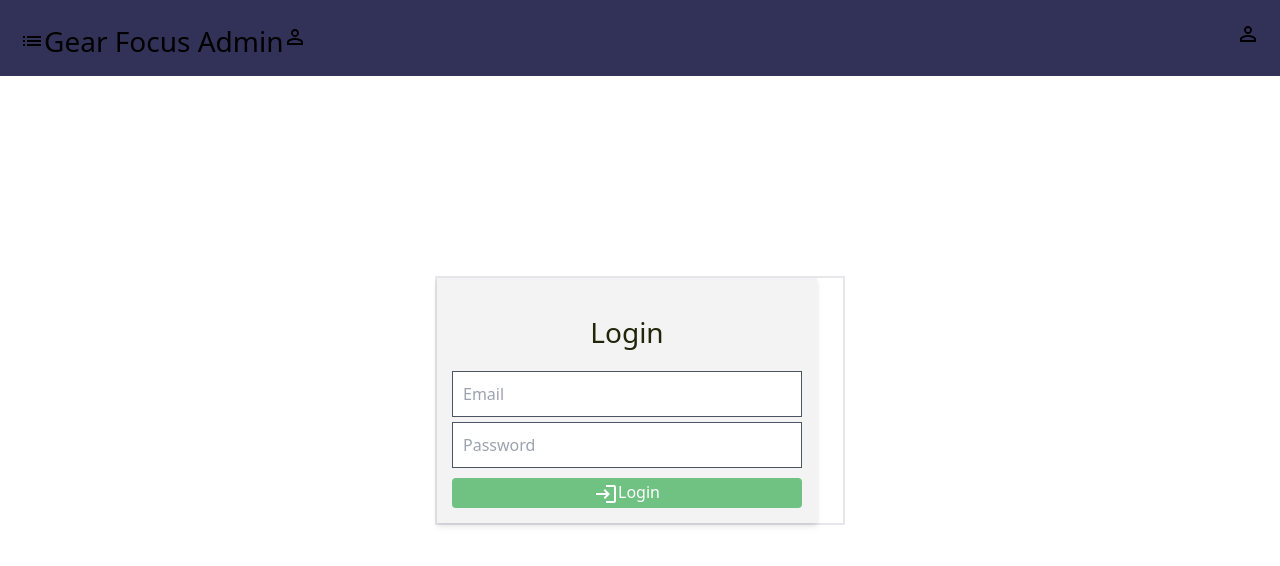
Repository: Kiendz3202/projectFinalPGS
Page: /home
These files come from the project's save history. The page is drawn as it stood at one moment and after the next save; the edit follows.
The browser window is 1280 px wide. The pictures show the whole page.
The project was rebuilt for these pictures with package versions that can differ from the ones it lists, and the page was loaded fresh each time. Also part of the build but not shown: src/App.css, src/pages/HomePage.tsx.

Above is the page before, as saved 2022-03-07 22:32:38.

### src/index.tsx
import React from 'react';
import ReactDOM from 'react-dom';
import './index.css';
import App from './App';
import { BrowserRouter} from 'react-router-dom'

ReactDOM.render(
  <BrowserRouter>
    <App />
  </BrowserRouter>,
  document.getElementById('root')
);

### src/App.tsx
import React, { Fragment } from 'react';
import logo from './logo.svg';
import './App.css';
import LoginPage from './pages/LoginPage';
import Router from './Router';
import Header from './components/header/Header';

function App() {
  return (
    <Fragment>
    <Header />
    <Router />
    </Fragment>
  );
}

export default App;

### src/Router.tsx
import React, { lazy } from 'react';
import { Route, Routes,BrowserRouter,Navigate } from 'react-router-dom';
import {ROUTES} from './config/Routes'
import ProtectedRoute from './ProtectedRoute';
import { Suspense } from 'react';


const HomePage = lazy(() => import('./pages/HomePage'));
const LoginPage = lazy(() => import('./pages/LoginPage'));

interface Props {}

const Router = (props: Props) => {

  return (
    <Suspense fallback={<div>Loading.....</div>}>
      <Routes>
        <Route path={ROUTES.login} element={<LoginPage />} />
        <Route path={ROUTES.home} element={<ProtectedRoute />} />
        <Route path="/" element={<Navigate to={ROUTES.login} />} />
      </Routes>
    </Suspense>
  );
};

export default Router

### src/components/header/Header.tsx
import React from 'react'
import ListIcon from '@mui/icons-material/List';
import NotificationsNoneIcon from '@mui/icons-material/NotificationsNone';
import PersonOutlineIcon from '@mui/icons-material/PersonOutline';

function Header() {
  return (
    <div className='w-full p-[20px] bg-[#323259]'>
        <div className='w-full flex justify-between h-[36px] '>
        <div>
            <ul className='flex'>
                <li className='text-[24px]'><ListIcon /></li>
                <li className='text-[28px]'>Gear Focus Admin</li>
                <li className='text-[20px]'><PersonOutlineIcon /></li>
            </ul>
        </div>
        <div>
            <PersonOutlineIcon />
        </div>
        </div>
    </div>
  )
}

export default Header

### src/config/Routes.tsx
export const ROUTES = {
    home:'/home',
    login:'/login'
}

### src/ProtectedRoute.tsx
import React from 'react'
import { Navigate, Route,RouteProps } from 'react-router-dom'
// import {Redirect} from 'react-router-dom'
import {ROUTES} from './config/Routes'
import HomePage from './pages/HomePage'


interface Props extends RouteProps {}

function ProtectedRoute(props: Props) {
  const {...rest} = props
  const auth = sessionStorage.getItem('statusText')
  if(auth == 'OK'){
    return <HomePage />
  }
  return (
    <Navigate to={ROUTES.login} />
  )
}

export default ProtectedRoute

// import React from 'react';
// import { Redirect, Route, RouteProps } from 'react-router-dom';
// import { ROUTES } from '../../../configs/routes';
// import Cookies from 'js-cookie';
// import { ACCESS_TOKEN_KEY } from '../../../utils/constants';
// import { RouteSharp } from '@mui/icons-material';

// interface Props extends RouteProps {}

// const ProtectedRoute = (props: Props) => {
//   const { ...rest } = props;
//   const auth = Cookies.get(ACCESS_TOKEN_KEY);

//   if (auth) {
//     return <Route {...rest} />;
//   }

//   return (
//     <Redirect
//       to={{
//         pathname: ROUTES.login,
//       }}
//     />
//   );
// };

// export default ProtectedRoute;

### src/pages/LoginPage.tsx
import React,{useState} from 'react'
import { useNavigate } from 'react-router-dom';
import { ILoginValidation } from '../components/auth/auth'
import Login from '../components/auth/Login'


function LoginPage() {
    const [loading, setLoading] = useState(false);
    const [errorMessage, setErrorMessage] = useState('');
    const navigate = useNavigate()
    const onLogin = async (value:ILoginValidation) =>{
      try{
        const response = await fetch('https://api.gearfocus.div4.pgtest.co/api/authentication/login',{
        method:'POST',
        headers:{
          'Content-Type': 'application/json'
        },
        body:JSON.stringify({
          email:value.email,
          password:value.password
        })
      })
      if(!response){
        throw new Error('something wrong')
        return;
      }
      // console.log(response)
        sessionStorage.setItem("statusText",response.statusText)
        navigate('/home')
      }catch(errorMessage){
        console.warn(errorMessage)
      }
    }

    return (
        <Login onLogin={onLogin} loading={loading} errorMessage={errorMessage} />
    )
}

export default LoginPage

### src/components/auth/Login.tsx
import React, { useState } from 'react'
import LoginIcon from '@mui/icons-material/Login';
import { ILoginValidation } from './auth';
import ValidateLoginForm from './ValidateLoginForm';

interface Props{
    onLogin(value:ILoginValidation):void;
    loading:boolean;
    errorMessage:string
}

const InvalidEmailWarn = () => {
    return <p>InValid email address</p>
}
const InvalidPasswordWarn = () => {
    return <p>Invalid password. Password must be at least 6 characters long, and capital letter at the beginning.</p>
}

function Login(props:Props) {
    const {onLogin,loading,errorMessage} = props;
    const [formValue,setFormValue] = useState({email:'',password:''})
    const [isValidated,setIsValidated] = useState({email:'',password:''})
    const [email,setEmail] = useState('');
    const [password,setPassword] = useState('');
    // const onSubmit = React.useCallback((e: React.FormEvent<HTMLElement>) =>{
        // e.preventDefault();
        // setIsValidated(ValidateLoginForm(formValue));
        // if(isValidated.email && isValidated.password){
        //     onLogin(formValue);
        // }else{
        //     return;
        // }
        // console.log(isValidated)
            // onLogin(formValue))
    // }
    const valid = (value:ILoginValidation) =>{
        if(value.email === '' && value.password === ''){
            return true
        }else{
            return false
        }
    }
    const onSubmit = React.useCallback(() => {
        setIsValidated(ValidateLoginForm(formValue));
        console.log(ValidateLoginForm(formValue))
        console.log(valid(ValidateLoginForm(formValue)))
        if (!valid(ValidateLoginForm(formValue))) {
            return;
          }

          onLogin(formValue);

      }, [formValue, onLogin]);
    return (
        <div className=' max-w-[410px] w-full m-auto border-2 mt-[200px]'>
            <form  onSubmit={(e) => {
        e.preventDefault();
        onSubmit();
      }} className='flex flex-col w-[380px] p-[15px] bg-[#f3f3f3] drop-shadow-md'>
                <p className=' text-center text-[#212509] text-[28px] my-[18px]'>Login</p>
                <div className=' justify-center mb-[5px] '>
                    <input onChange={(e) => setFormValue({...formValue,email:e.target.value})} value={formValue.email} type="text" className='w-full p-[10px] border border-gray-600 outline-blue-300' placeholder='Email' />
                    {isValidated.email ?? <p>{isValidated.email}</p>}
                </div>
                <div className=' justify-center mb-[10px] '>
                    <input onChange={(e) => setFormValue({...formValue,password:e.target.value})} value={formValue.password} type="password" className='w-full p-[10px] border border-gray-600 outline-blue-300' placeholder='Password' />
                    {isValidated.password ?? <p>{isValidated.password}</p>}
                </div>
                <button className=' bg-[#70c282] h-[30px] rounded text-white font-medium'>
                    <LoginIcon />
                    Login
                </button>
                {errorMessage ?? <p>email or password is wrong!</p>}
            </form>
        </div>
    )
}

export default Login

### src/components/auth/ValidateLoginForm.tsx
import React from 'react'
import { ILoginValidation } from './auth';

export function ValidateEmail(email:string) {
    let isValidated = String(email)
    .toLowerCase()
    .match(
      /^(([^<>()[\]\\.,;:\s@"]+(\.[^<>()[\]\\.,;:\s@"]+)*)|(".+"))@((\[[0-9]{1,3}\.[0-9]{1,3}\.[0-9]{1,3}\.[0-9]{1,3}\])|(([a-zA-Z\-0-9]+\.)+[a-zA-Z]{2,}))$/
    )
    if(isValidated){
        return '';
    }else{
        return 'emailInvalid'
    }
}
export function ValidatePassword(password:string){
    if(password.length >= 6){
        return ''
    }else{
        return 'min length is 6 characters'
    }
}
export default function ValidateLoginForm(formValue:ILoginValidation){
    return {
        email:ValidateEmail(formValue.email),
        password:ValidatePassword(formValue.password)
    }
}

Loaded but not shown: public/index.html (common file); src/index.css (common file); tailwind.config.js (common file)

After the next save:
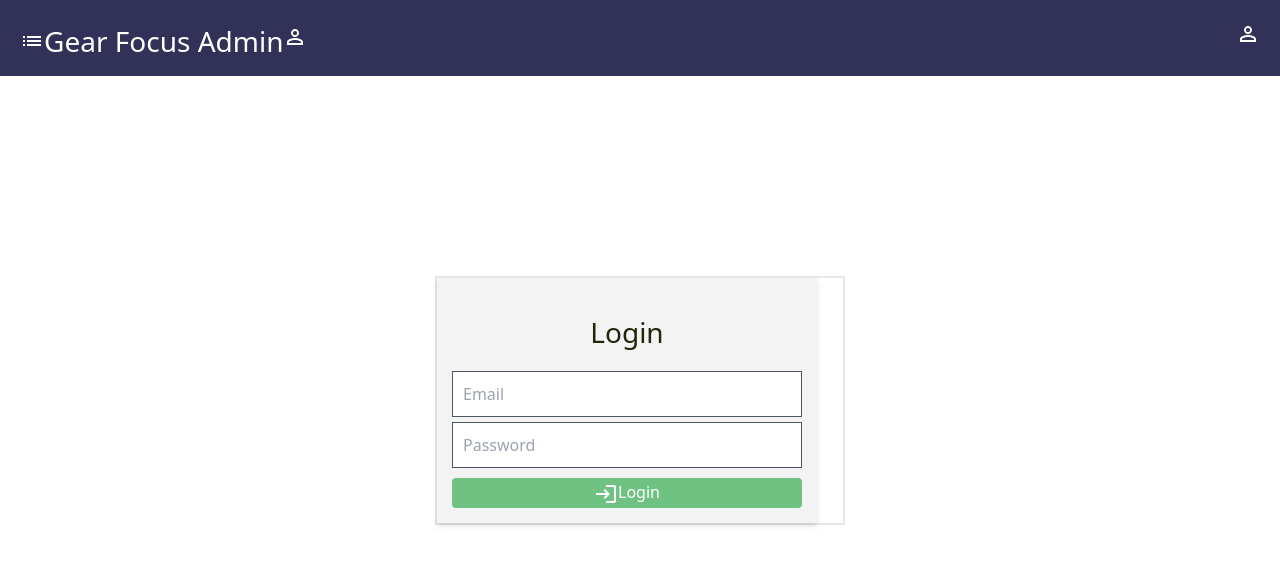
Saved 11 s later.
--- a/src/components/header/Header.tsx
+++ b/src/components/header/Header.tsx
@@ -5,7 +5,7 @@ import PersonOutlineIcon from '@mui/icons-material/PersonOutline';
 
 function Header() {
   return (
-    <div className='w-full p-[20px] bg-[#323259]'>
+    <div className='w-full p-[20px] bg-[#323259] text-white'>
         <div className='w-full flex justify-between h-[36px] '>
         <div>
             <ul className='flex'>
